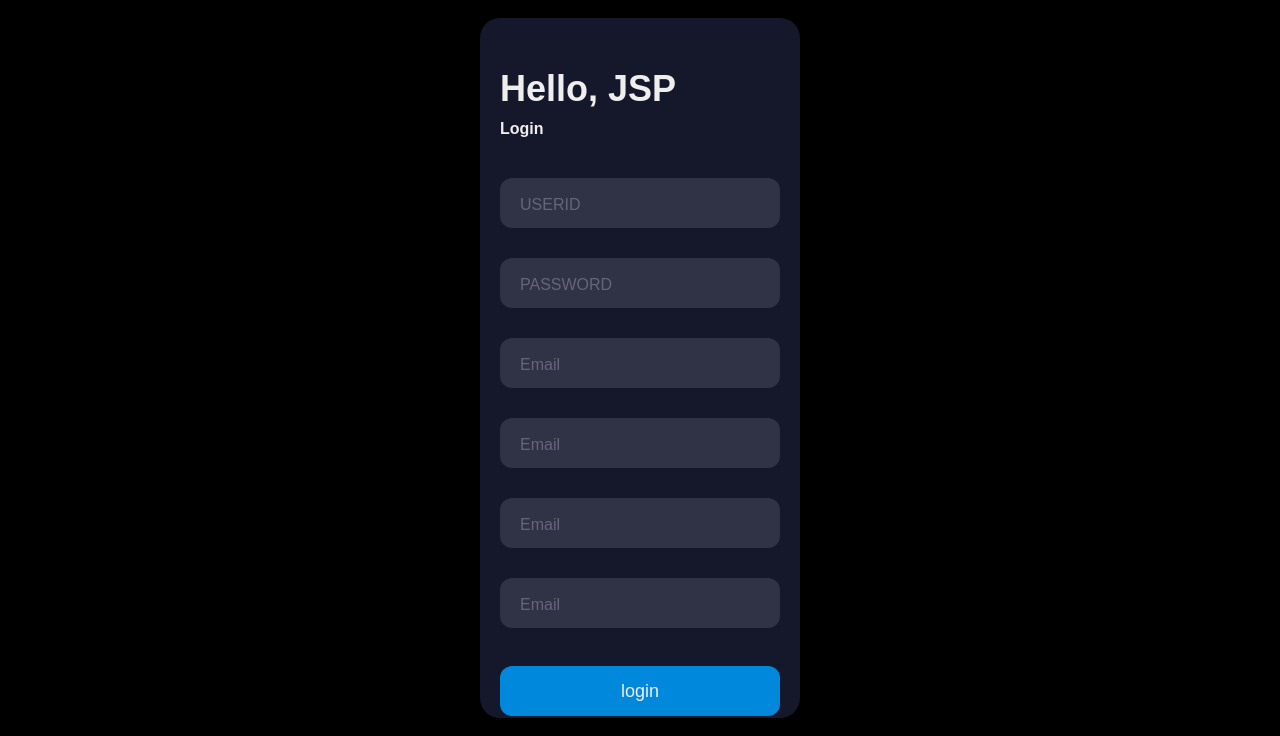
Repository: uhhuhhmm/JSP-Servlet-Class
Page: http://localhost/web03/form304.jsp
An editor plug-in stored every save of this project. The page is shown before and after the next save, followed by the edit.
The browser window is 1280 px wide. The pictures show the whole page.
The page is served by Tomcat 9.

Above is the page before, as saved 2022-07-15 02:07:42.

After the next save:
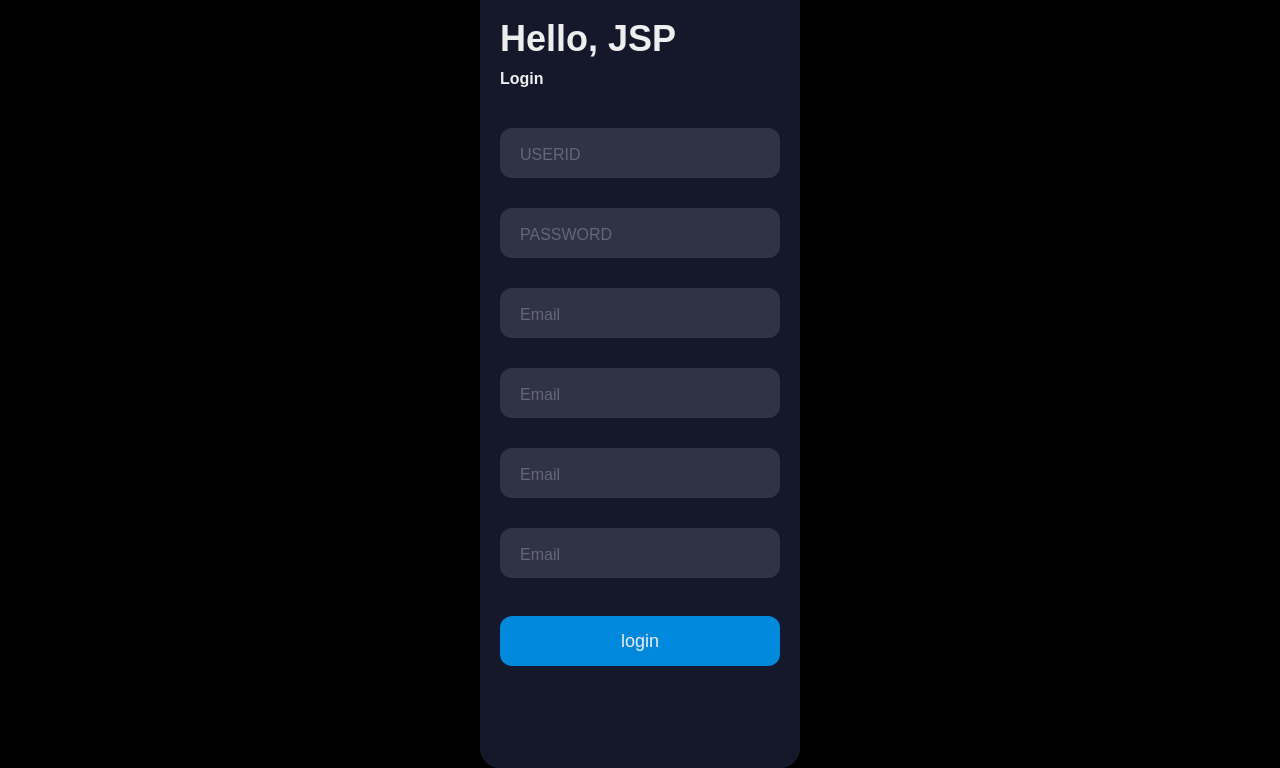
Saved 10 s later.
--- a/web03/WebContent/form304.jsp
+++ b/web03/WebContent/form304.jsp
@@ -23,7 +23,7 @@ body {
   background-color: #15172b;
   border-radius: 20px;
   box-sizing: border-box;
-  height: 700px;
+  height: 800px;
   padding: 20px;
   width: 320px;
 }
